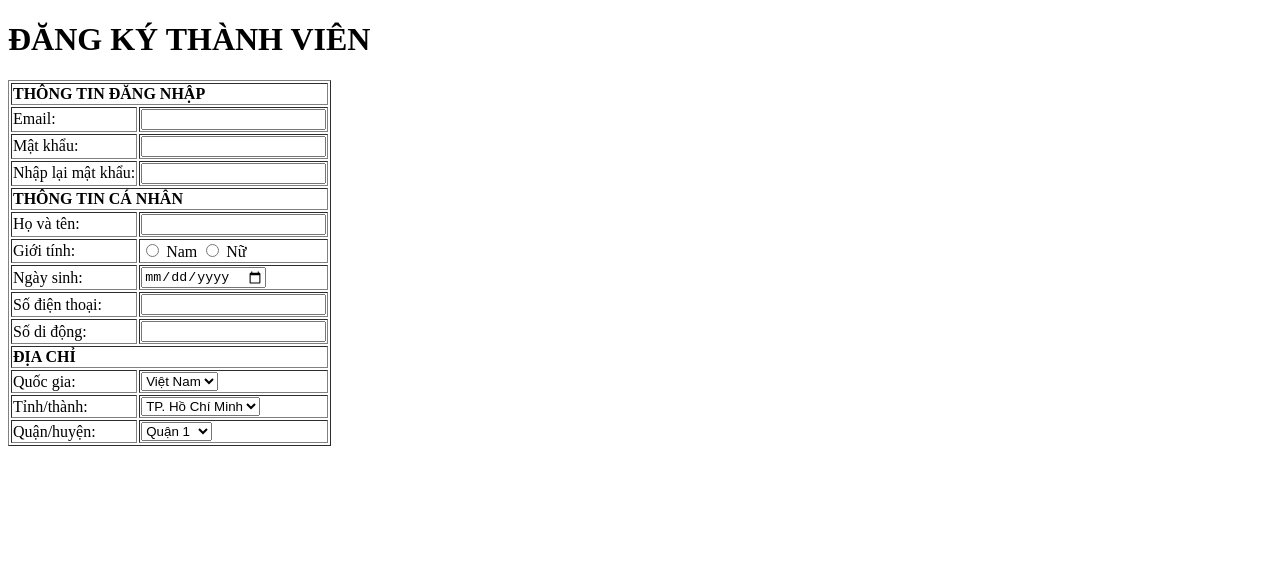
Repository: vnmk1/jsp_servlet-tutorials
Page: Bai2_HTML/src/main/webapp/register.html
An editor plug-in stored every save of this project. The page is shown before and after the next save, followed by the edit.
The browser window is 1280 px wide. The pictures show the whole page.

Above is the page before, as saved 2023-07-15 09:33:46.

After the next save:
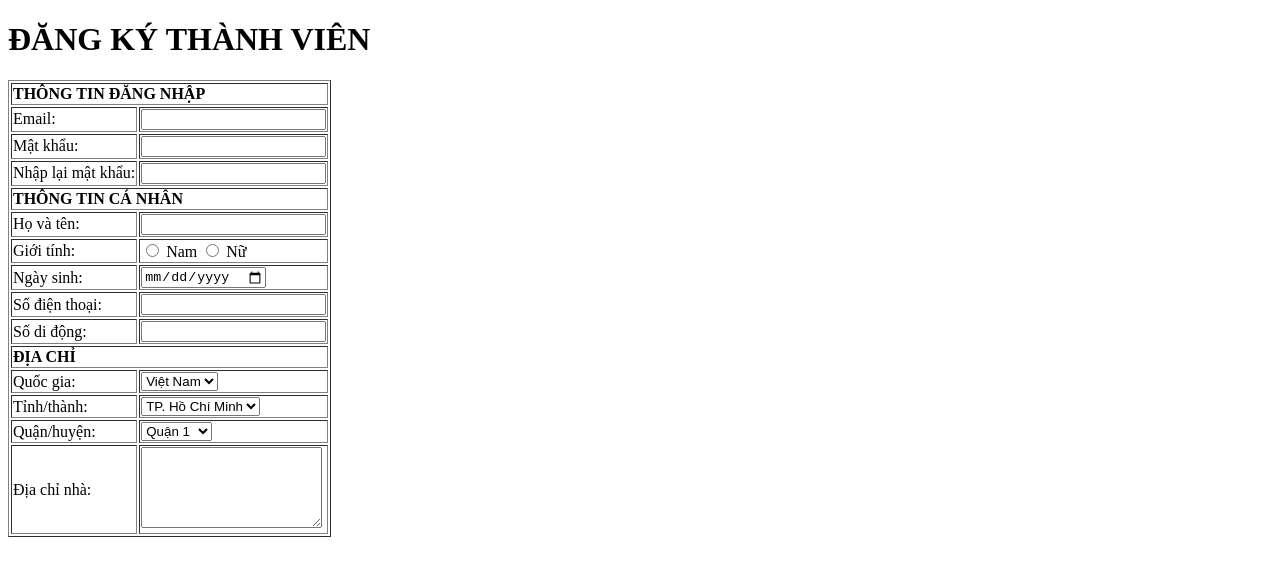
Saved 2 min 46 s later.
--- a/Bai2_HTML/src/main/webapp/register.html
+++ b/Bai2_HTML/src/main/webapp/register.html
@@ -82,6 +82,13 @@
 				</select>
 			</td>
 		</tr>
+		<tr>
+			<td>Địa chỉ nhà:</td>
+			<td>
+				<textarea rows="5" cols=""></textarea>
+			</td>
+		</tr>
+
 	</tbody>
 </table>
 </body>
